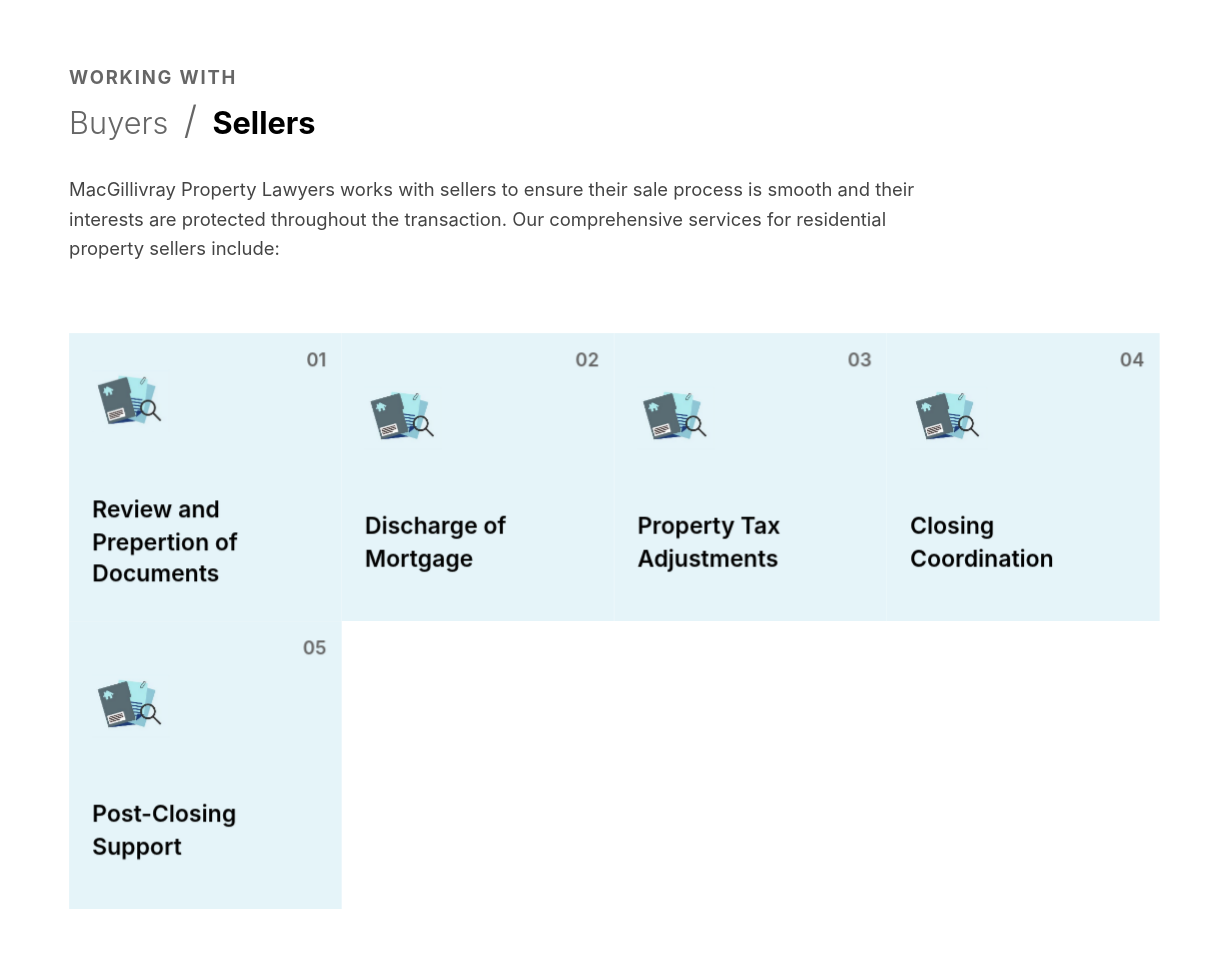
Repository: mibma/alphavent
Page: /sellers
The author's editor kept a copy of each file at every save. The page is drawn from the files as they stood at one save, then again after the next save.
The browser window is 1280 px wide. The pictures show the whole page, at 96% of full size.
The project was rebuilt for these pictures with package versions that can differ from the ones it lists, and the page was loaded fresh each time. The framework's server and built-in components were replaced by stand-ins that run in the browser.

Above is the page before, as saved 2025-04-24 18:28:58.

After the next save:
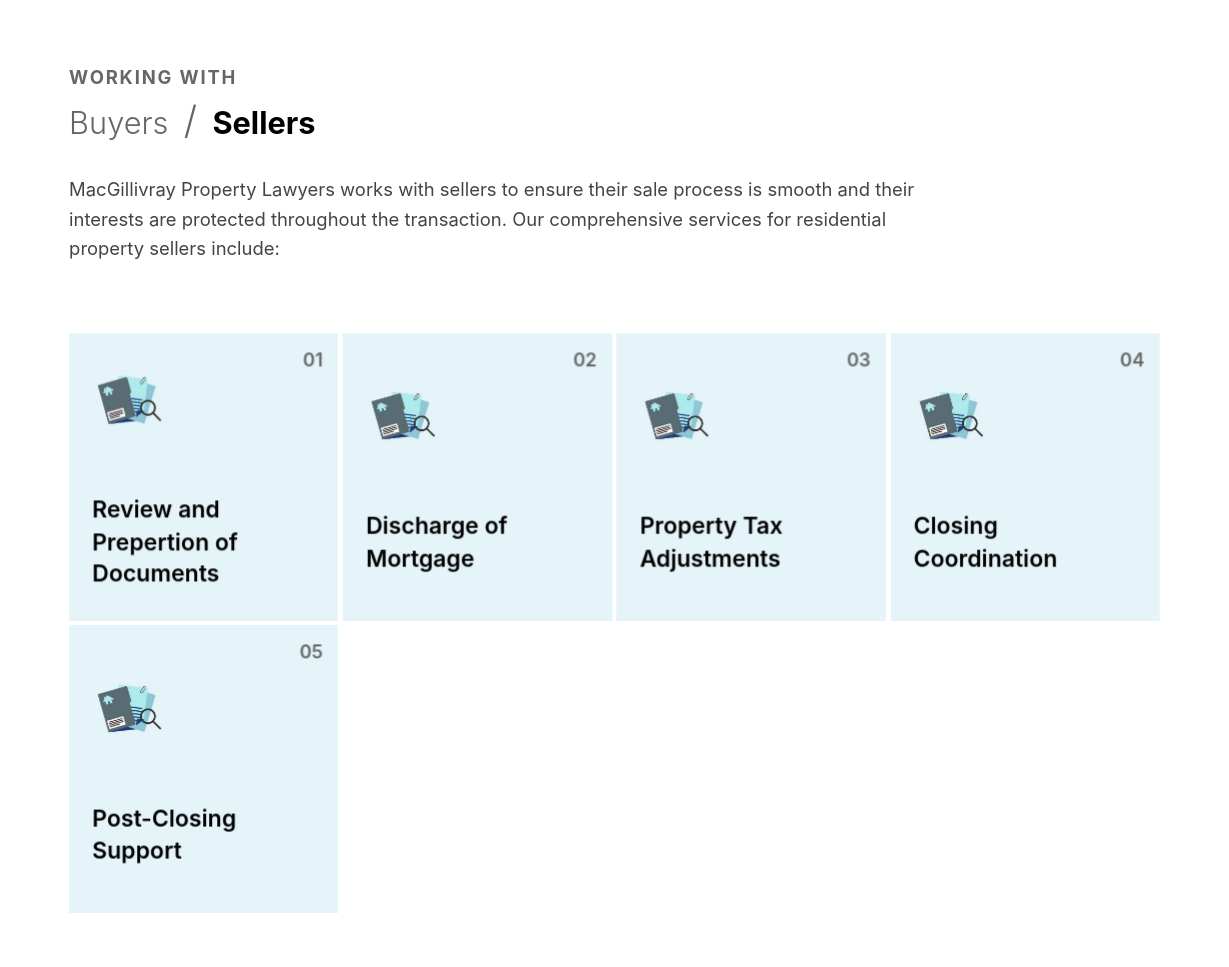
Saved 7 s later.
--- a/styles/Home.module.css
+++ b/styles/Home.module.css
@@ -125,7 +125,7 @@
 .servicesGrid {
   display: grid;
   grid-template-columns: repeat(auto-fit, minmax(280px, 1fr));
-  gap: 0rem;
+  gap: 0.3rem;
   padding: 0.5rem 0;
 }
 
